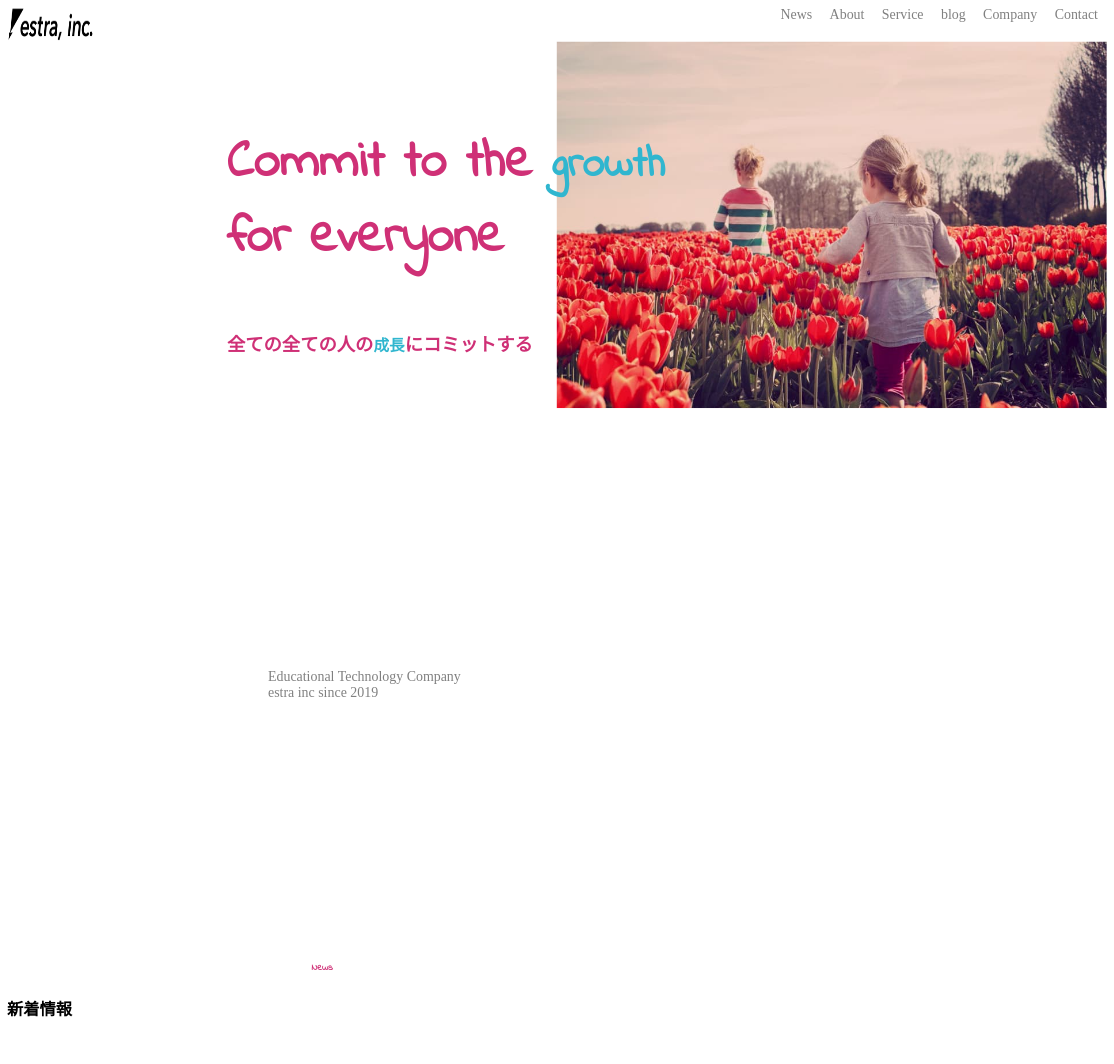
Repository: sigemasaasuka/20210902
Page: index.html
The author's editor kept a copy of each file at every save. The page is drawn from the files as they stood at one save, then again after a run of saves.
The browser window is 1280 px wide. The pictures show the whole page, at 87% of full size.

Above is the page before, as saved 2021-09-08 21:00:46.

### index.html
<!DOCTYPE html>
<html lang="ja">

<head>
  <meta charset="UTF-8">
  <meta name="viewport" content="width=device-width, initial-scale=1.0">
  <title>Document</title>
  <link rel="stylesheet" href="css/style.css">
  <link rel="preconnect" href="https://fonts.googleapis.com">
  <link rel="preconnect" href="https://fonts.gstatic.com" crossorigin>
  <link href="https://fonts.googleapis.com/css2?family=Indie+Flower&display=swap" rel="stylesheet">
</head>

<body>
  <div class="flex">
    <img src="img/img/estra_logo.png" alt="estra_logo" width="100px" height="40px">
    <div class="parent">
      <div class="child">News</div>
      <div class="child">About</div>
      <div class="child">Service</div>
      <div class="child">blog</div>
      <div class="child">Company</div>
      <div class="child">Contact</div>

    </div>
  </div>
  <div class="relative">
    <img class="relative__img" src="img/img/firstview.jpg" alt="firstview">
    <div class="example">
      <h1>Commit to the <span class="document"> growth</span> <br>for everyone</h1>
      <div class="example-txt">
        <h3>全ての全ての人の<span class="document-txt">成長</span>にコミットする</h3>
      </div>
    </div>
    <p class="subtitle">Educational Technology Company<br>estra inc since 2019</p>
    <div class="smlltitle">
    <h6>News</h6>
    </div>
    <h3>新着情報</h3>
   </div>
　</div>

</body>

</html>

### css/style.css
.img {
  text-align: left;
}

.parent {
  display: flex;
  text-align: right;
  color: gray;
}

.child {
  margin: 0 10px;
}
.flex {
  display: flex;
  justify-content: space-between;
}

.relative {
  position: relative;
}

.relative__img {
  margin: 0 0 0 auto;
  display: block;
  width: 50%;
}

.example {
  position: absolute;
  top: 5%;
  left: 20%;
  font-size: 30px;
  color: #cf3076;
  font-family: "Indie Flower", cursive;
}

.document {
  top: 5%;
  left: 20%;
  font-size: 50px;
  color: #30b6cf;
  font-family: "Indie Flower", cursive;
}

.example-txt {
  position: absolute;
  top: 100%;
  left: 0%;
  font-size: 18px;
  color: #cf3076;
  font-family: "Indie Flower", cursive;
}

.document-txt {
  top: 100%;
  left: 0%;
  font-size: 18px;
  color: #30b6cf;
  font-family: "Indie Flower", cursive;
}

.subtitle {
  margin: 300px;
  color: gray;
}

.smlltitle {
  color: #cf3076;
  font-family: "Indie Flower", cursive;
  margin-left: 350px;
}

.h3 {
  color: gray;
}

After the next 2 saves:
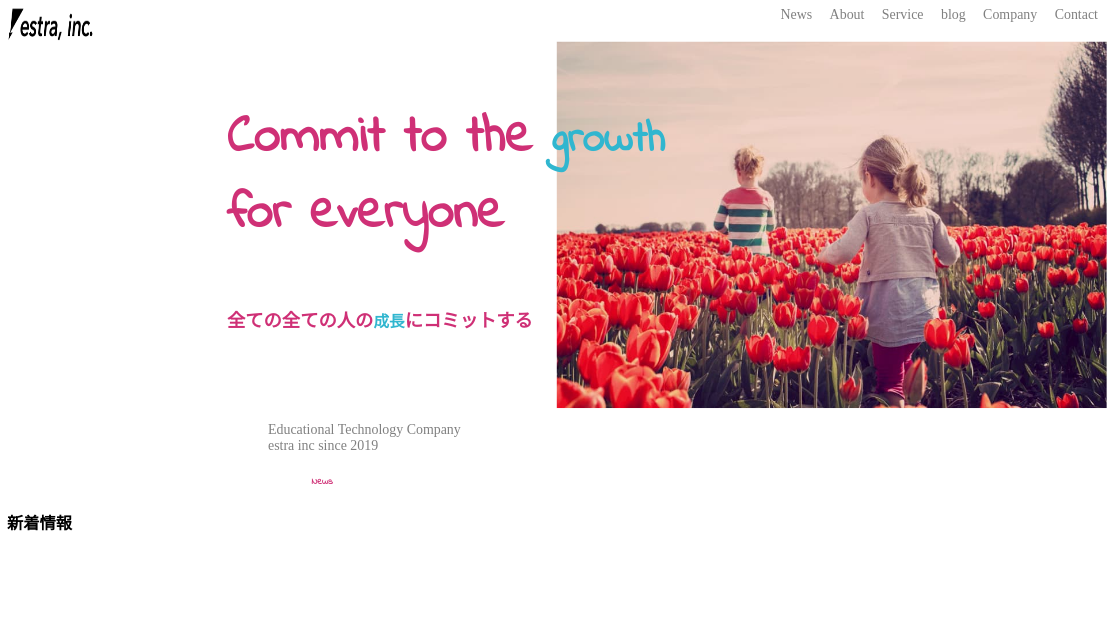
The 2 saves are shown as one change because they came seconds apart.
The last was saved 7 s later.
--- a/css/style.css
+++ b/css/style.css
@@ -61,7 +61,7 @@
 }
 
 .subtitle {
-  margin: 300px;
+  margin-left: 300px;
   color: gray;
 }
 
